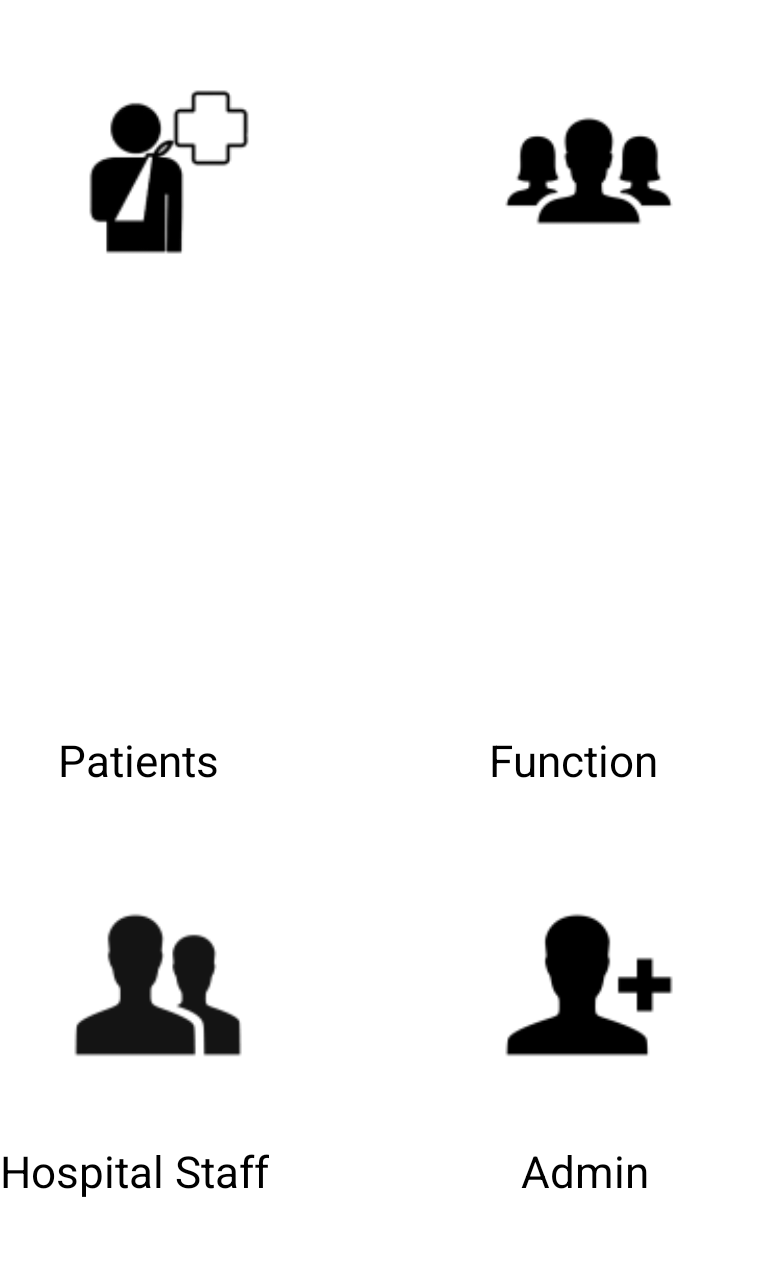
Repository: erwasambo/greendevelopment
Layout: GreenDevelopment/NASCuisine/res/layout/dashboard.xml
These files come from the project's save history. The layout is drawn as it stood at one moment and after the next save; the edit follows.
It is drawn on a 768 x 1280 px phone screen (xhdpi) without system bars, with theme AppTheme; the app's code is not run.

Above is the layout before, as saved 2013-12-03 03:07:07.

After the next save:
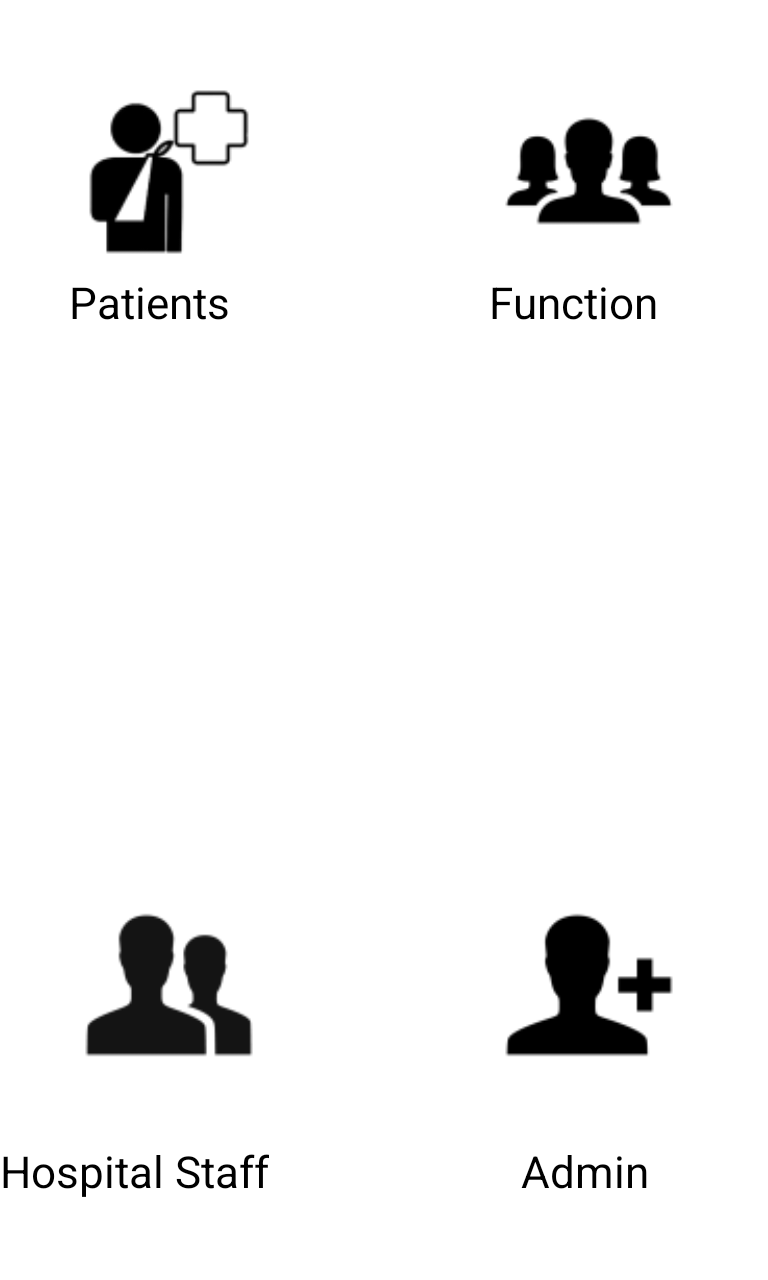
Saved 7 min 19 s later.
--- a/GreenDevelopment/NASCuisine/res/layout/dashboard.xml
+++ b/GreenDevelopment/NASCuisine/res/layout/dashboard.xml
@@ -52,17 +52,6 @@
         android:text="@string/hospstaff"
         android:textAppearance="?android:attr/textAppearanceLarge" />
 
-    <TextView
-        android:id="@+id/textView2"
-        android:layout_width="wrap_content"
-        android:layout_height="wrap_content"
-        android:layout_above="@+id/imgstaff"
-        android:layout_alignRight="@+id/TextView01"
-        android:layout_marginBottom="48dp"
-        android:layout_marginRight="25dp"
-        android:text="@string/patients"
-        android:textAppearance="?android:attr/textAppearanceLarge" />
-
     <ImageView
         android:id="@+id/imgpatients"
         android:layout_width="100dp"
@@ -80,4 +69,13 @@
         android:layout_alignTop="@+id/imgpatients"
         android:src="@drawable/function" />
 
+    <TextView
+        android:id="@+id/textView2"
+        android:layout_width="wrap_content"
+        android:layout_height="wrap_content"
+        android:layout_alignLeft="@+id/imgpatients"
+        android:layout_below="@+id/imgpatients"
+        android:text="@string/patients"
+        android:textAppearance="?android:attr/textAppearanceLarge" />
+
 </RelativeLayout>
